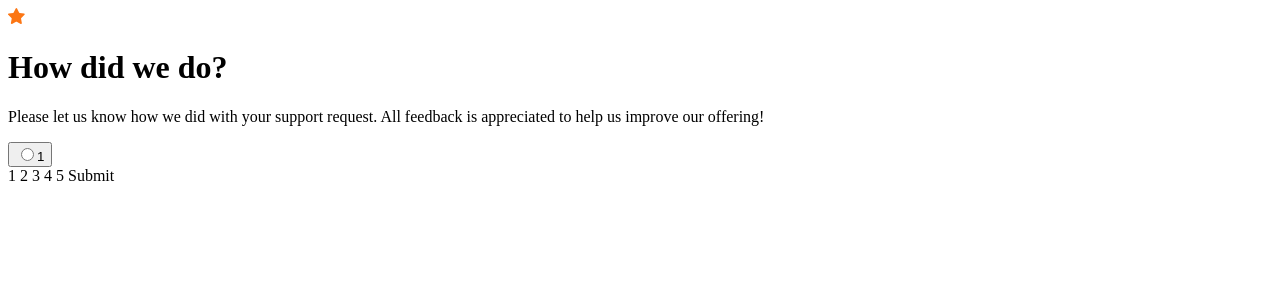
Repository: shayanabedi98/Interactive-rating-component
Page: index.html
An editor plug-in stored every save of this project. The page is shown before and after the next save, followed by the edit.
The browser window is 1280 px wide. The pictures show the whole page.

Above is the page before, as saved 2023-10-11 09:54:19.

After the next save:
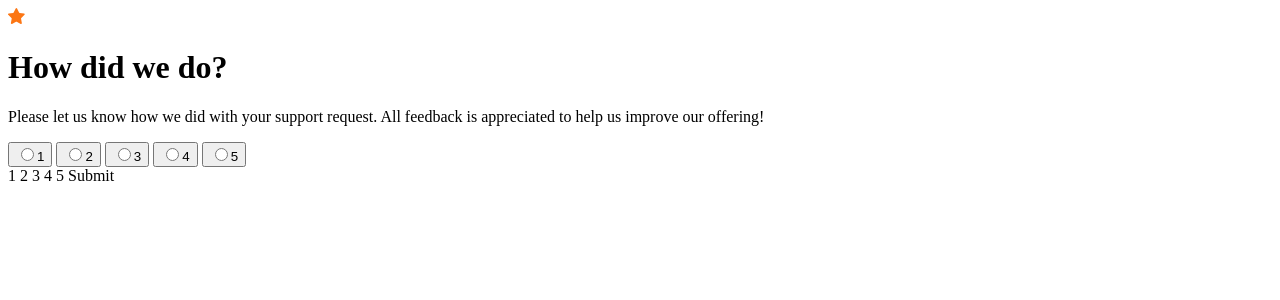
Saved 18 s later.
--- a/index.html
+++ b/index.html
@@ -15,6 +15,10 @@
       <p>Please let us know how we did with your support request. All feedback is appreciated to help us improve our offering!</p>
       <div class="rating">
         <button><input type="radio">1</button>
+        <button><input type="radio">2</button>
+        <button><input type="radio">3</button>
+        <button><input type="radio">4</button>
+        <button><input type="radio">5</button>
       </div>
     </div>
   </div>
